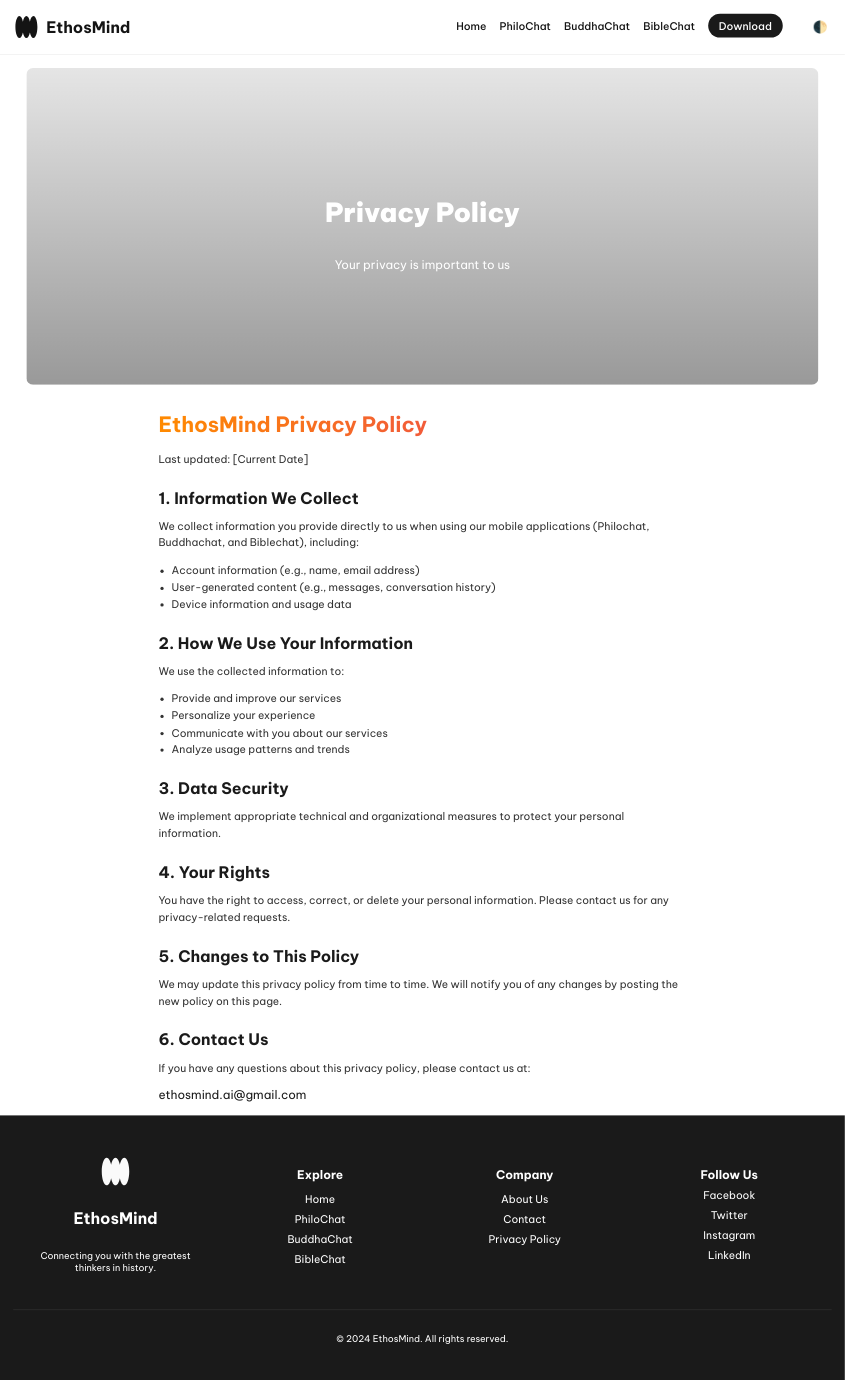
Repository: HSfac/EthosMindWeb
Page: /privacy
These files come from the project's save history. The page is drawn as it stood at one moment and after the next save; the edit follows.
The browser window is 1280 px wide. The pictures show the whole page, at 66% of full size.
The project was rebuilt for these pictures with package versions that can differ from the ones it lists, and the page was loaded fresh each time. Also part of the build but not shown: src/pages/Home.css, src/pages/Home.jsx, src/pages/SaintsChat.css, src/pages/SaintsChat.jsx, src/pages/BuddhaChat.css, src/pages/BuddhaChat.jsx, src/pages/BibleChat.css, src/pages/BibleChat.jsx and 6 more.

Above is the page before, as saved 2024-07-27 20:01:09.

After the next save:
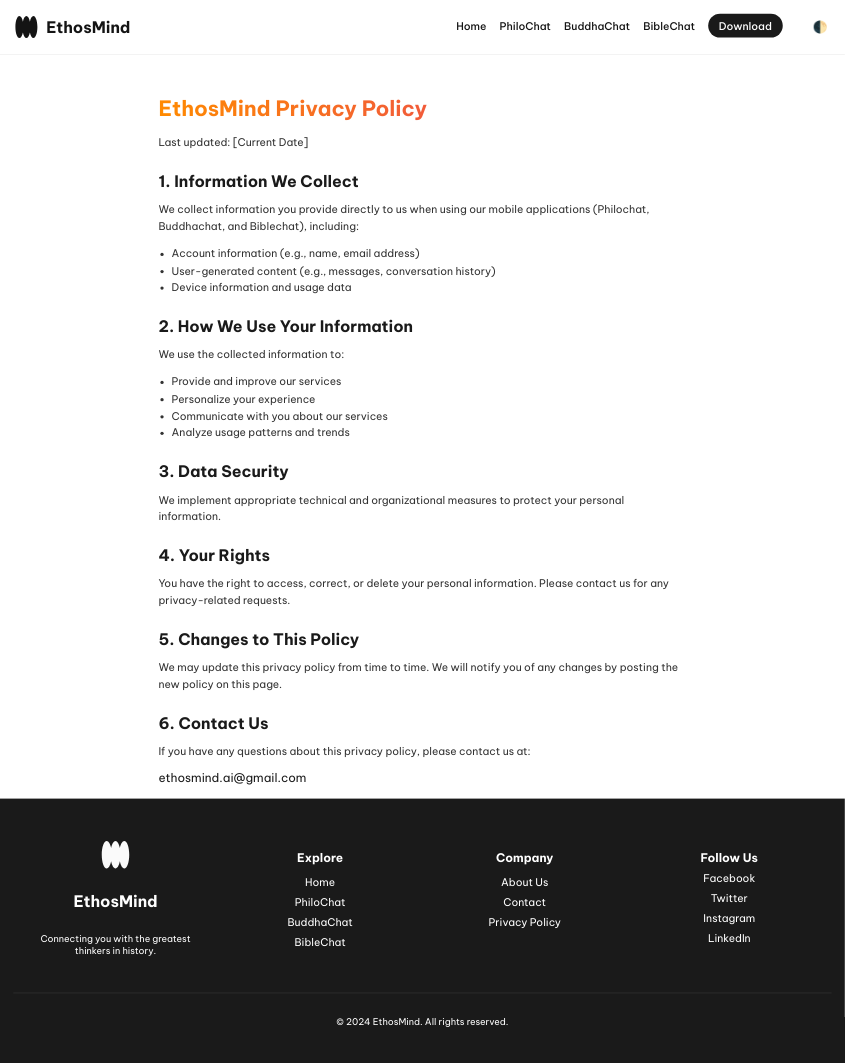
Saved 101 s later.
--- a/src/pages/PrivacyPolicy.jsx
+++ b/src/pages/PrivacyPolicy.jsx
@@ -4,10 +4,7 @@ import './PrivacyPolicy.css';
 function Privacy() {
   return (
     <main className="privacy-main">
-      <section className="privacy-hero">
-        <h1 className="privacy-hero-title">Privacy Policy</h1>
-        <p className="privacy-hero-description">Your privacy is important to us</p>
-      </section>
+
 
       <section className="privacy-content">
         <h2 className="privacy-section-title">EthosMind Privacy Policy</h2>
